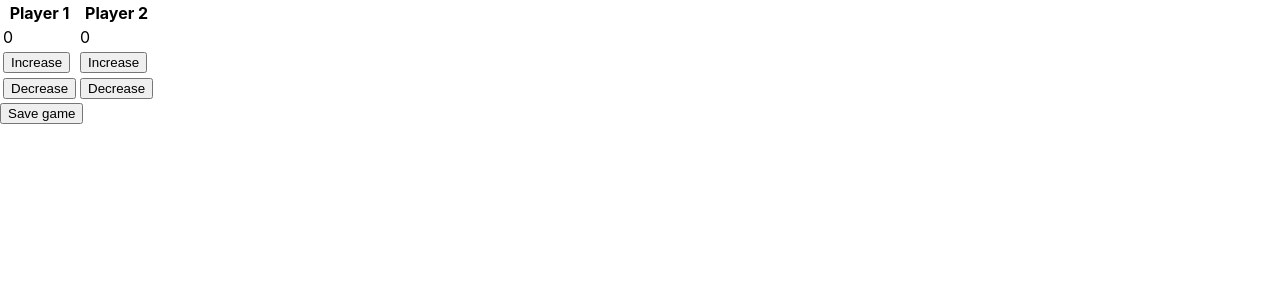
Repository: react-for-web-developers/02-intro-to-react
Page: / (app in exercises/score-counter/)
The author's editor kept a copy of each file at every save. The page is drawn from the files as they stood at one save, then again after the next save.
The browser window is 1280 px wide. The pictures show the whole page.
The project was rebuilt for these pictures with package versions that can differ from the ones it lists, and the page was loaded fresh each time. Also part of the build but not shown: exercises/score-counter/src/App.css.

Above is the page before, as saved 2021-10-12 09:22:52.

After the next save:
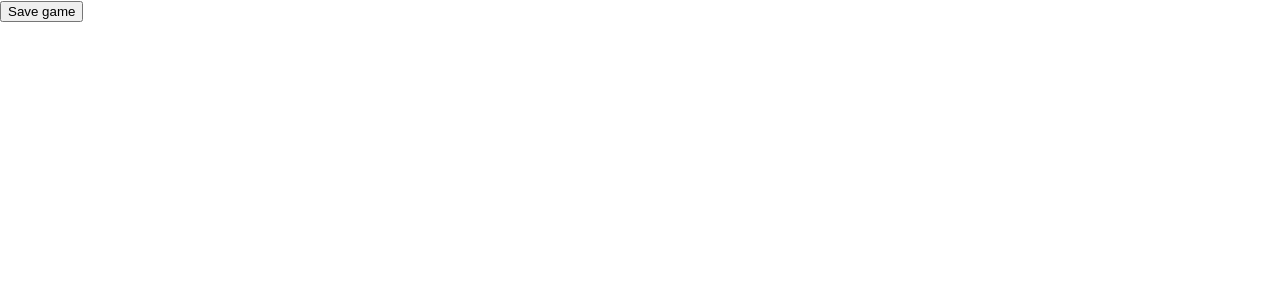
Saved 8 s later.
--- a/exercises/score-counter/src/App.js
+++ b/exercises/score-counter/src/App.js
@@ -39,22 +39,7 @@
         <tbody>
 
         </tbody>
-        <tr>
-          <th>Player 1</th>
-          <th>Player 2</th>
-        </tr>
-        <tr>
-          <td>{count1}</td>
-          <td>{count2}</td>
-        </tr>
-        <tr>
-          <td><button onClick={increase1}>Increase</button></td>
-          <td><button onClick={increase2}>Increase</button></td>
-        </tr>
-        <tr>
-          <td><button onClick={decrease1}>Decrease</button></td>
-          <td><button onClick={decrease2}>Decrease</button></td>
-        </tr>
+
       </table>
       <button onClick={saveGame}>Save game</button>
     </div>

After the save that followed:
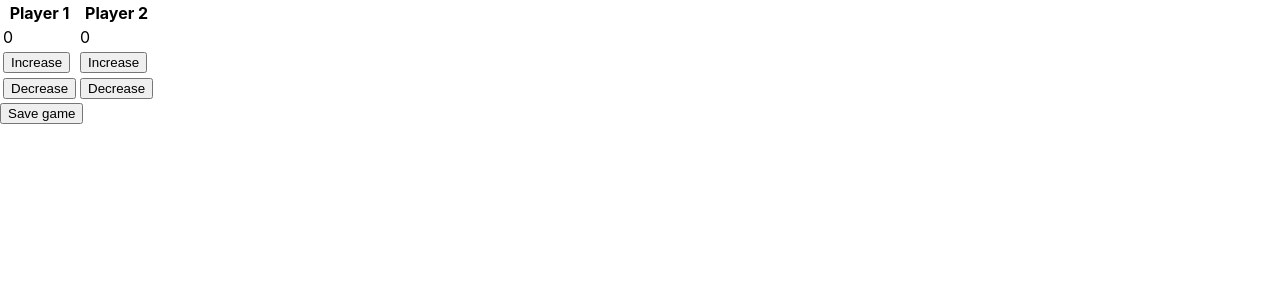
Saved 4 s later.
--- a/exercises/score-counter/src/App.js
+++ b/exercises/score-counter/src/App.js
@@ -37,7 +37,22 @@
     <div>
       <table>
         <tbody>
-
+        <tr>
+          <th>Player 1</th>
+          <th>Player 2</th>
+        </tr>
+        <tr>
+          <td>{count1}</td>
+          <td>{count2}</td>
+        </tr>
+        <tr>
+          <td><button onClick={increase1}>Increase</button></td>
+          <td><button onClick={increase2}>Increase</button></td>
+        </tr>
+        <tr>
+          <td><button onClick={decrease1}>Decrease</button></td>
+          <td><button onClick={decrease2}>Decrease</button></td>
+        </tr>
         </tbody>
 
       </table>
